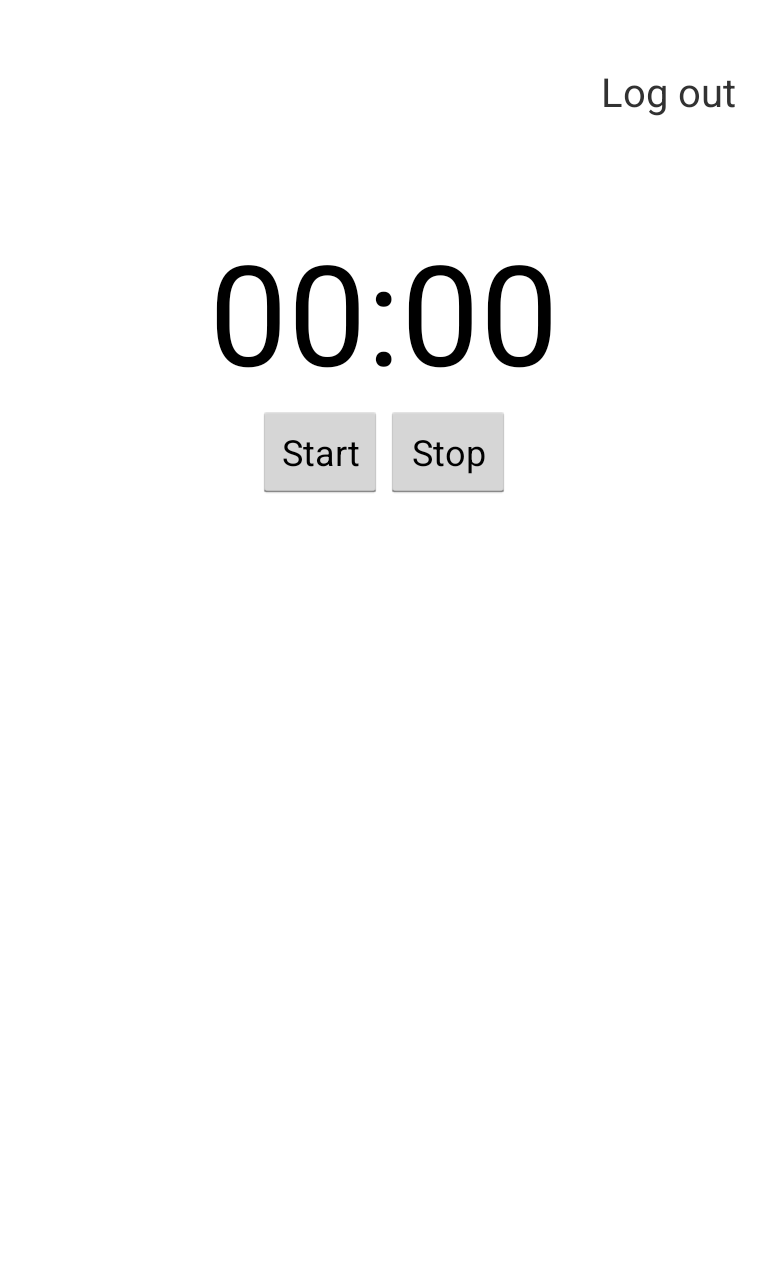
Repository: albertowusuasare/CustomStopWatch
Layout: CustomStopWatch/res/layout/activity_timer.xml
The author's editor kept a copy of each file at every save. The layout is drawn from the files as they stood at one save, then again after the next save.
It is drawn on a 768 x 1280 px phone screen (xhdpi) without system bars, with theme AppTheme; the app's code is not run.

Above is the layout before, as saved 2014-09-25 04:52:59.

### CustomStopWatch/res/layout/activity_timer.xml
<LinearLayout xmlns:android="http://schemas.android.com/apk/res/android"
    xmlns:tools="http://schemas.android.com/tools"
    android:layout_width="match_parent"
    android:layout_height="match_parent"

    android:orientation="vertical"
    android:paddingBottom="@dimen/activity_vertical_margin"
    android:paddingLeft="@dimen/activity_horizontal_margin"
    android:paddingRight="@dimen/activity_horizontal_margin"
    android:paddingTop="@dimen/activity_vertical_margin"
    tools:context="com.example.customstopwatch.TimerActivity" >

    <RelativeLayout
        android:layout_width="match_parent"
        android:layout_height="wrap_content"
        android:gravity="end"
         android:paddingTop="@dimen/activity_vertical_margin"
        >
        <TextView
            android:text="@string/Logout"
            android:layout_width="wrap_content"
           android:layout_height="wrap_content"
            android:textSize="20sp"
            />

    </RelativeLayout>
    <Chronometer
        android:id="@+id/mainChronometer"
        android:layout_width="wrap_content"
        android:layout_height="wrap_content"
        android:layout_gravity="center"
         android:paddingTop="50dp"
        android:format="%s"
        android:text="Chronometer"
        android:textSize="70sp" />

    <LinearLayout
        android:layout_width="fill_parent"
        android:layout_height="wrap_content"
        android:gravity="center"
        android:orientation="horizontal" >

        <Button
            android:id="@+id/start_button"
            android:layout_width="wrap_content"
            android:layout_height="wrap_content"
            android:text="@string/StartButton" />

        <Button
            android:id="@+id/stop_button"
            android:layout_width="wrap_content"
            android:layout_height="wrap_content"
            android:text="@string/StopButton" />
    </LinearLayout>

</LinearLayout>

### CustomStopWatch/res/values/strings.xml
<?xml version="1.0" encoding="utf-8"?>
<resources>

    <string name="app_name">CustomStopWatch</string>
    <string name="hello_world">Hello world!</string>
    <string name="action_settings">Settings</string>
    <string name="app_id">724899087577885</string>
    <string name="AppName">STVP WVTCH</string>
    <string name="StartButton">Start</string>
    <string name="Logout">Log out</string>
     <string name="StopButton">Stop</string>
    <string name="title_activity_timer">TimerActivity</string>

</resources>

Loaded but not shown: CustomStopWatch/res/values/styles.xml (common file); CustomStopWatch/res/values-v11/styles.xml (common file); CustomStopWatch/res/values-v14/styles.xml (common file); CustomStopWatch/res/values/dimens.xml (common file); CustomStopWatch/res/values-w820dp/dimens.xml (common file)

After the next save:
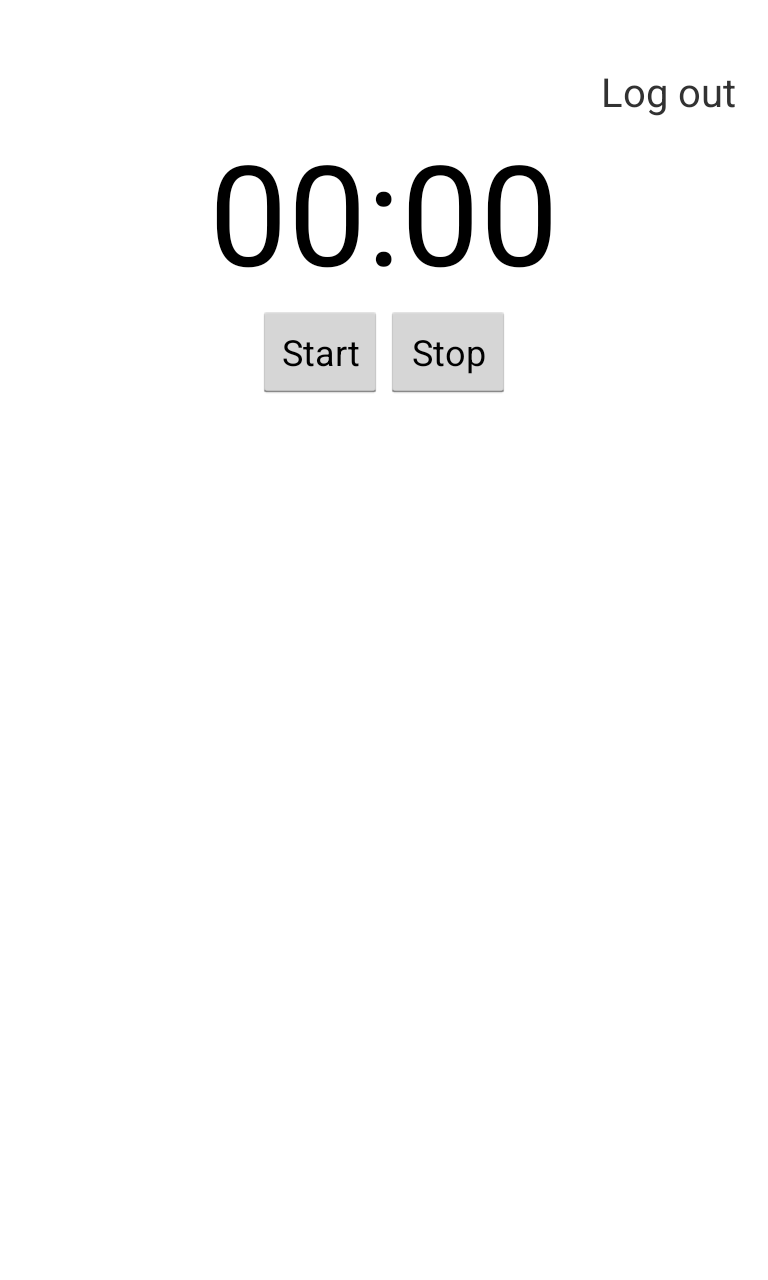
Saved 66 s later.
--- a/CustomStopWatch/res/layout/activity_timer.xml
+++ b/CustomStopWatch/res/layout/activity_timer.xml
@@ -29,7 +29,6 @@
         android:layout_width="wrap_content"
         android:layout_height="wrap_content"
         android:layout_gravity="center"
-         android:paddingTop="50dp"
         android:format="%s"
         android:text="Chronometer"
         android:textSize="70sp" />

After the 2 saves that followed:
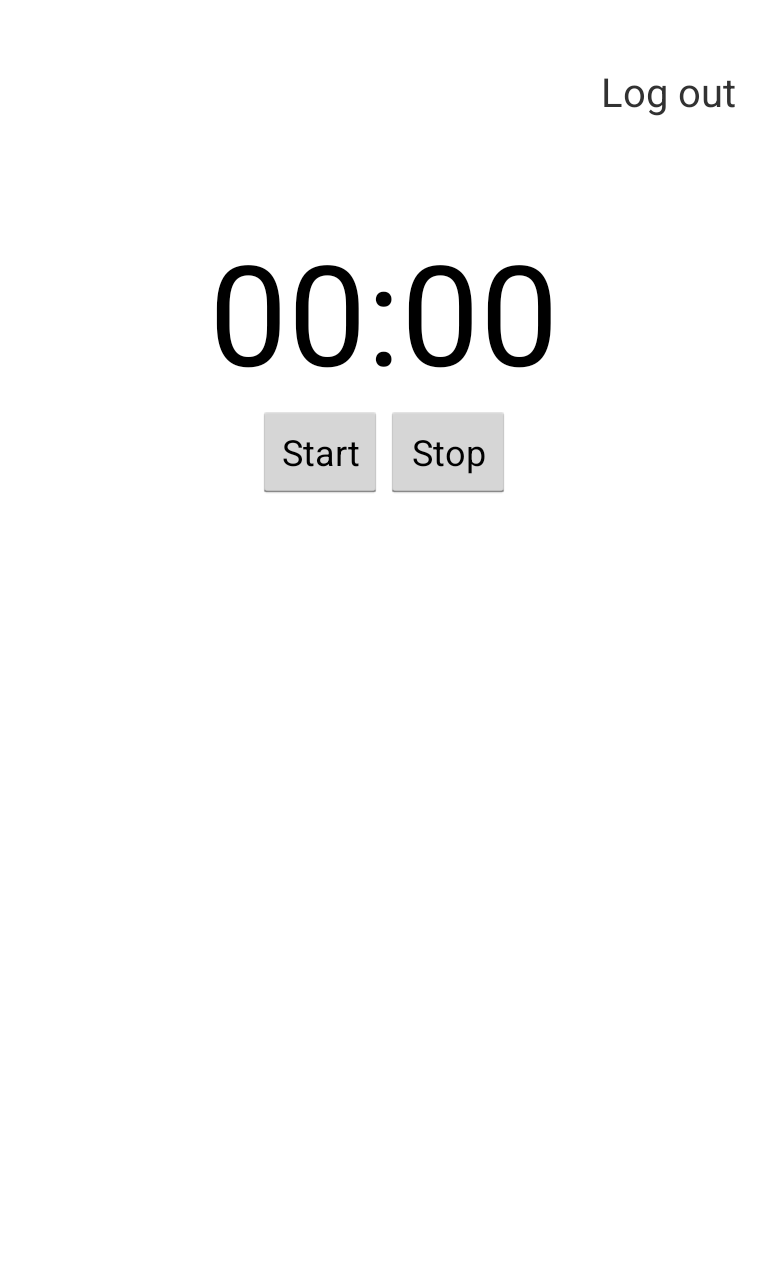
The 2 saves are shown as one change because 1 left the picture as it was.
The last was saved 3 min 39 s later.
--- a/CustomStopWatch/res/layout/activity_timer.xml
+++ b/CustomStopWatch/res/layout/activity_timer.xml
@@ -22,13 +22,14 @@
            android:layout_height="wrap_content"
             android:textSize="20sp"
             />
+    </RelativeLayout>
 
-    </RelativeLayout>
     <Chronometer
         android:id="@+id/mainChronometer"
         android:layout_width="wrap_content"
         android:layout_height="wrap_content"
         android:layout_gravity="center"
+        android:layout_marginTop="50dp"
         android:format="%s"
         android:text="Chronometer"
         android:textSize="70sp" />
